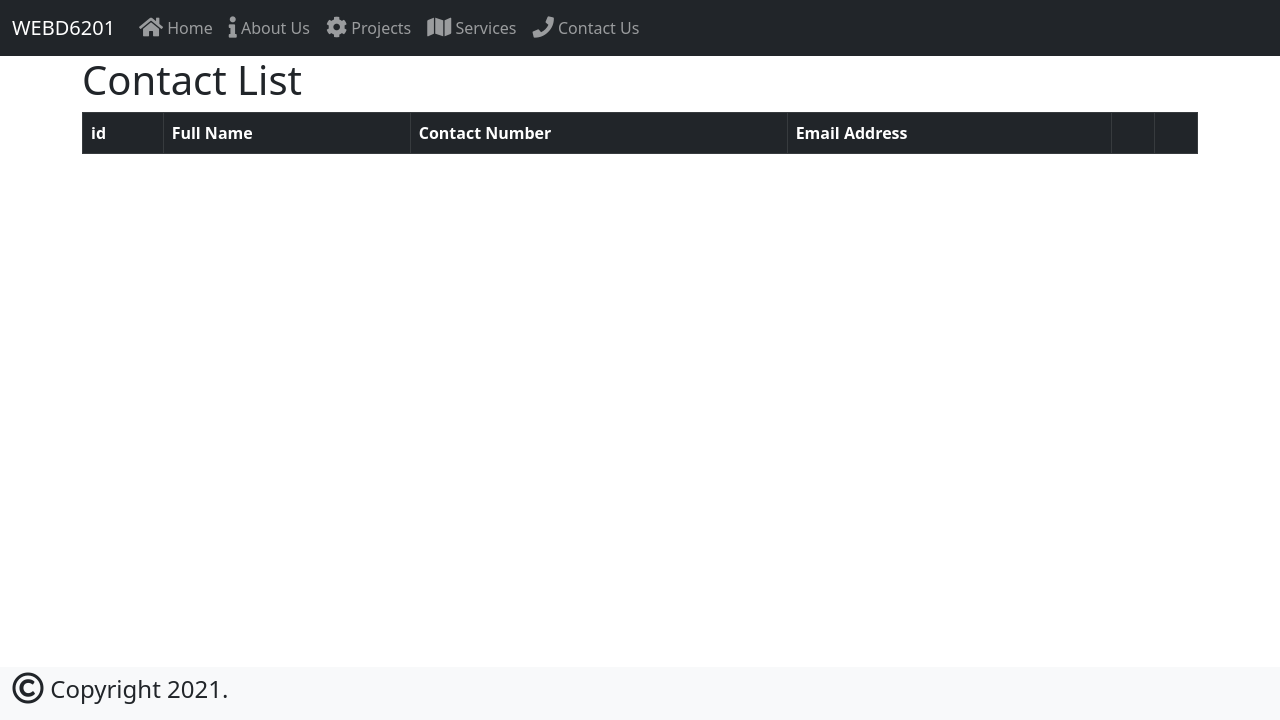
Repository: aphim/webd6201ICE6
Page: contact-list.html
An editor plug-in stored every save of this project. The page is shown before and after the next save, followed by the edit.
The browser window is 1280 px wide. The pictures show the whole page.

Above is the page before, as saved 2021-02-10 09:37:47.

After the next save:
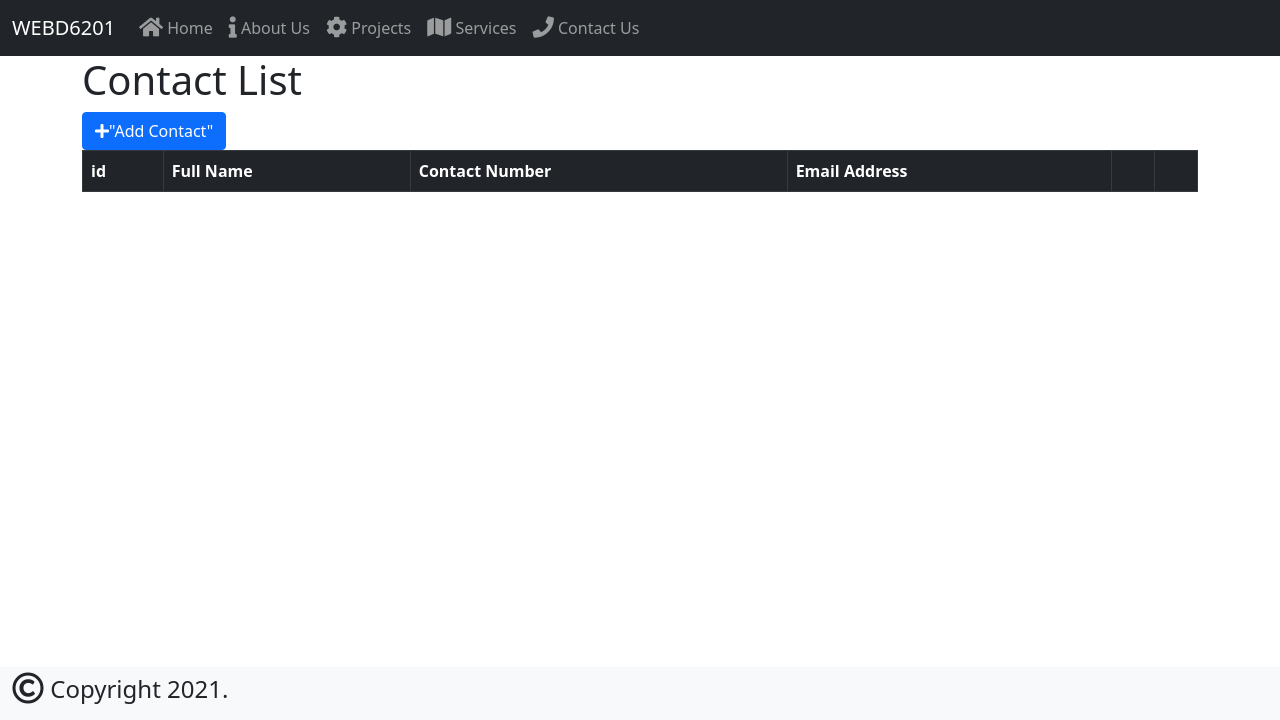
Saved 3 min 43 s later.
--- a/contact-list.html
+++ b/contact-list.html
@@ -52,6 +52,9 @@
 
         <div class="row">
           <div class="col">
+
+            <button class="btn btn-primary"><i class="fas fa-plus"></i>"Add Contact"</button>
+
             <table class="table table-striped table-bordered table-hover">
               <thead class="table-dark">
                 <tr>
